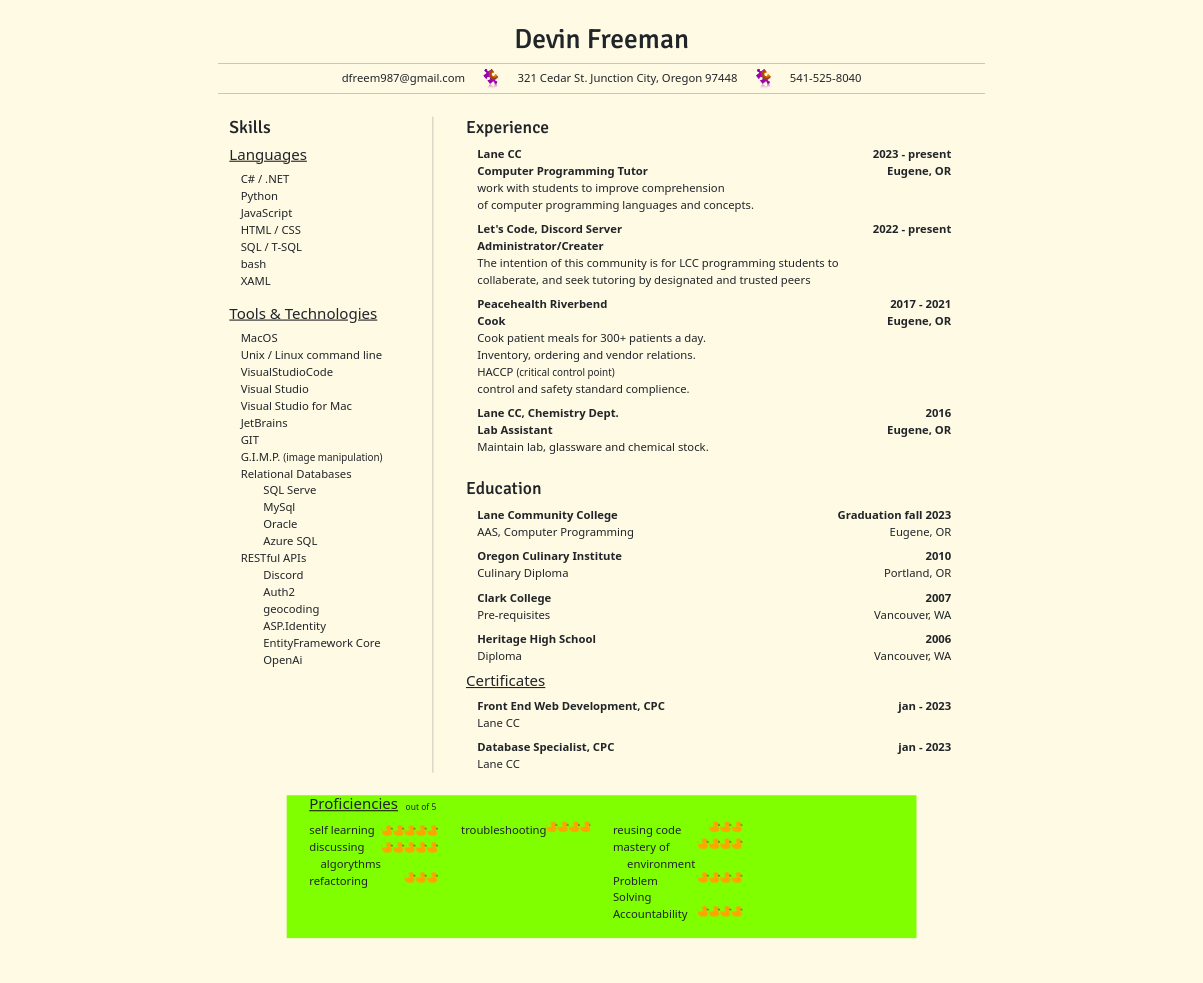
Repository: Dfreem/Resume
Page: index.html
These files come from the project's save history. The page is drawn as it stood at one moment and after the next save; the edit follows.
The browser window is 1280 px wide. The pictures show the whole page, at 94% of full size.

Above is the page before, as saved 2023-02-13 13:13:41.

After the next save:
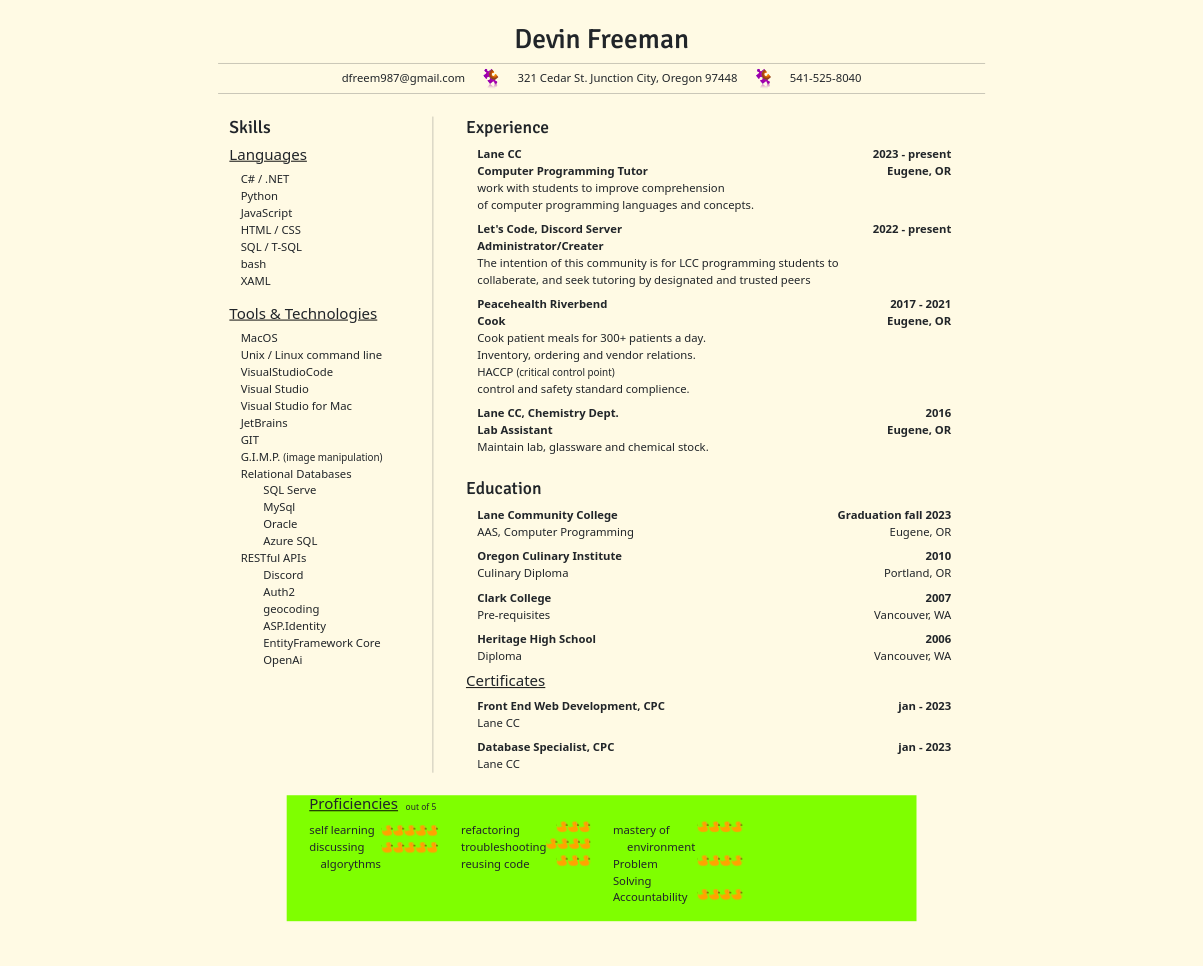
Saved 23 s later.
--- a/index.html
+++ b/index.html
@@ -340,25 +340,25 @@
                 <li class="d-flex flex-row flex-nowrap">
                     discussing <br />&emsp;algorythms<div class="push-right five"></div>
                 </li>
+            </ul>
+        </div>
+        <div class="col-3">
+
+            <ul>
                 <li class="d-flex flex-row flex-nowrap">
                     refactoring<div class="push-right three"></div>
                 </li>
-            </ul>
-        </div>
-        <div class="col-3">
-
-            <ul>
                 <li class="d-flex flex-row flex-nowrap">
                     troubleshooting<div class="push-right four"></div>
                 </li>
-            </ul>
-        </div>
-        <div class="col-3">
-            <ul>
-                </class=>
-                <li class="d-flex flex-row flex-nowrap">
-                    reusing code<div class="push-right three"></div>
-                </li>
+            </class=>
+            <li class="d-flex flex-row flex-nowrap">
+                reusing code<div class="push-right three"></div>
+            </li>
+        </ul>
+    </div>
+    <div class="col-3">
+        <ul>
                 <li class="d-flex flex-row flex-nowrap">
                     mastery of <br />&emsp; environment<div class="push-right four">
                     </div>
